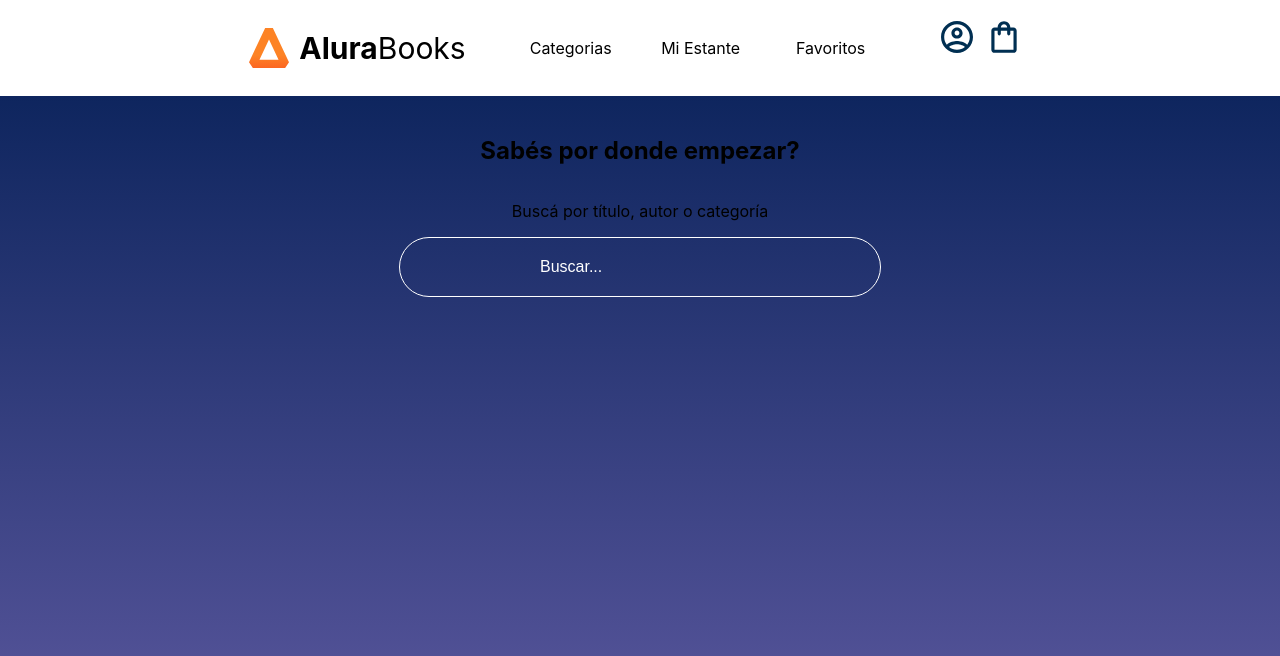
Repository: SandroG1977/Alura.Books
Page: /
These files come from the project's save history. The page is drawn as it stood at one moment and after the next save; the edit follows.
The browser window is 1280 px wide. The pictures show the whole page.
The project was rebuilt for these pictures with package versions that can differ from the ones it lists, and the page was loaded fresh each time.

Above is the page before, as saved 2026-04-08 23:53:28.

After the next save:
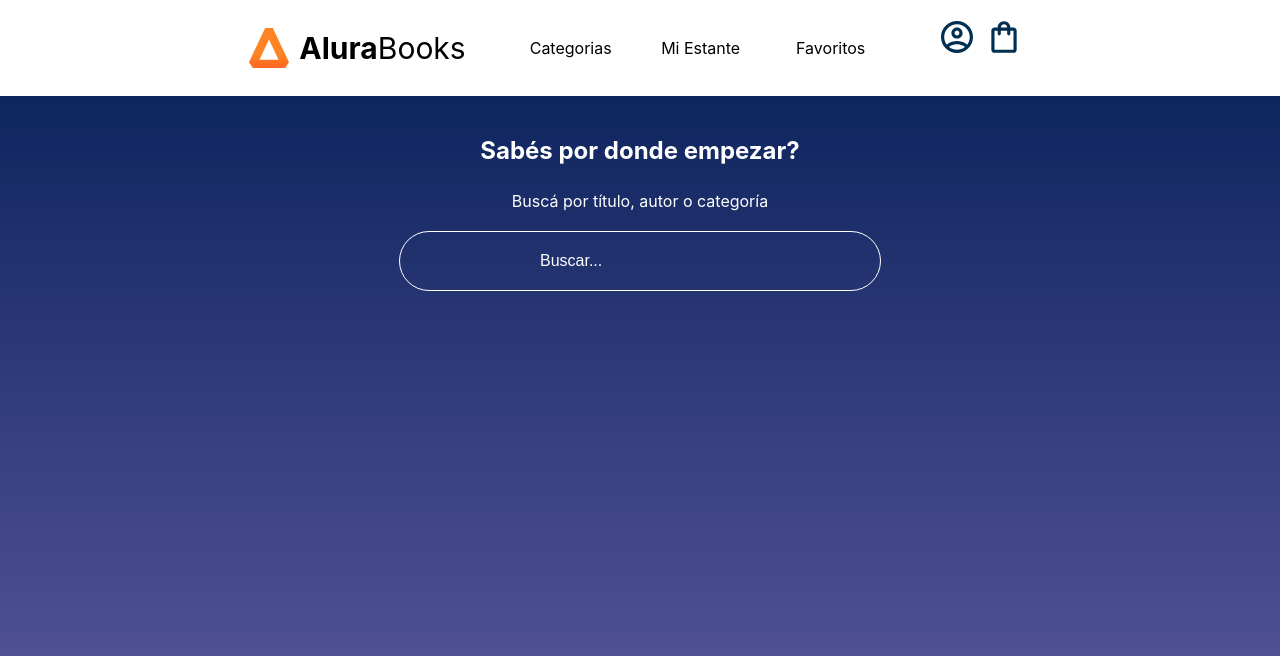
Saved 52 s later.
--- a/src/components/Search/index.js
+++ b/src/components/Search/index.js
@@ -11,13 +11,13 @@
     padding: 20px;
 `;
 
-const h2 = styled.h2`
+const Titulo = styled.h2`
     font-size: 24px;
     color: #FFF;
     margin-bottom: 10px;
 `;
 
-const Parrafo = styled.p`
+const Subtitulo = styled.p`
     font-size: 16px;
     color: #FFF;
     margin-bottom: 20px;
@@ -26,8 +26,8 @@
 function Search() {
     return (
         <SearchContainer1>
-            <h2>Sabés por donde empezar?</h2>
-            <p>Buscá por título, autor o categoría</p>
+            <Titulo>Sabés por donde empezar?</Titulo>
+            <Subtitulo>Buscá por título, autor o categoría</Subtitulo>
             <Input
                 placeholder="Buscar..."
             />
